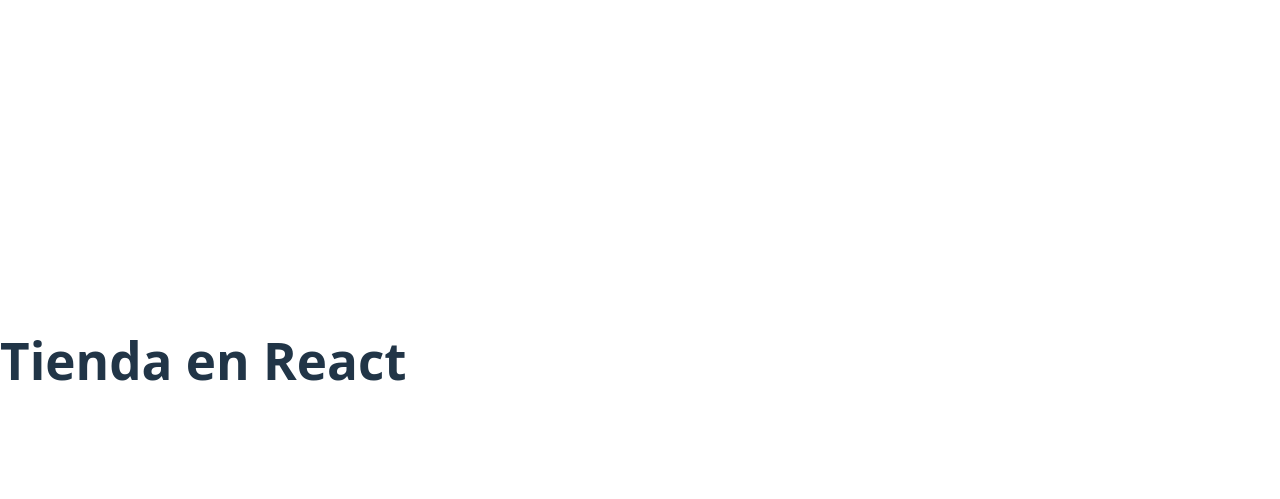
Repository: VictorDS64/PP-STDPROJECTS
Page: / (app in .Mi segunda pagina con react/mi-app-react/)
The author's editor kept a copy of each file at every save. The page is drawn from the files as they stood at one save, then again after the next save.
The browser window is 1280 px wide. The pictures show the whole page.
The project was rebuilt for these pictures with package versions that can differ from the ones it lists, and the page was loaded fresh each time. Also part of the build but not shown: .Mi segunda pagina con react/mi-app-react/vite.config.js.

Above is the page before, as saved 2026-01-08 18:32:51.

### .Mi segunda pagina con react/mi-app-react/index.html
<!doctype html>
<html lang="en">
  <head>
    <meta charset="UTF-8" />
    <link rel="icon" type="image/svg+xml" href="/vite.svg" />
    <meta name="viewport" content="width=device-width, initial-scale=1.0" />
    <title>mi-app-react</title>
  </head>
  <body>
    <div id="root"></div>
    <script type="module" src="/src/main.jsx"></script>
  </body>
</html>

### .Mi segunda pagina con react/mi-app-react/src/App.jsx
export default function App() {
  return (
    <div>
      <h1>Tienda en React</h1>
    </div>
  );
}

Loaded but not shown: .Mi segunda pagina con react/mi-app-react/src/main.jsx (common file); .Mi segunda pagina con react/mi-app-react/src/index.css (common file)

After the next save:
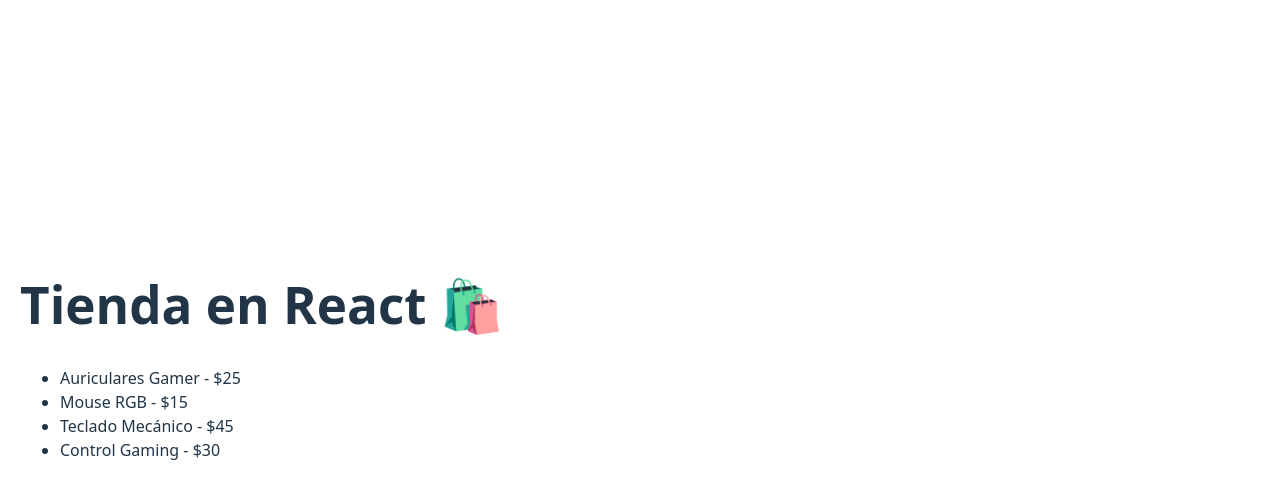
Saved 3 min 16 s later.
--- a/.Mi segunda pagina con react/mi-app-react/src/App.jsx
+++ b/.Mi segunda pagina con react/mi-app-react/src/App.jsx
@@ -1,7 +1,22 @@
+const products = [
+  { id: 1, name: "Auriculares Gamer", price: 25 },
+  { id: 2, name: "Mouse RGB", price: 15 },
+  { id: 3, name: "Teclado Mecánico", price: 45 },
+  { id: 4, name: "Control Gaming", price: 30 },
+];
+
 export default function App() {
   return (
-    <div>
-      <h1>Tienda en React</h1>
+    <div style={{ padding: "20px" }}>
+      <h1>Tienda en React 🛍️</h1>
+
+      <ul>
+        {products.map((product) => (
+          <li key={product.id}>
+            {product.name} - ${product.price}
+          </li>
+        ))}
+      </ul>
     </div>
   );
 }
